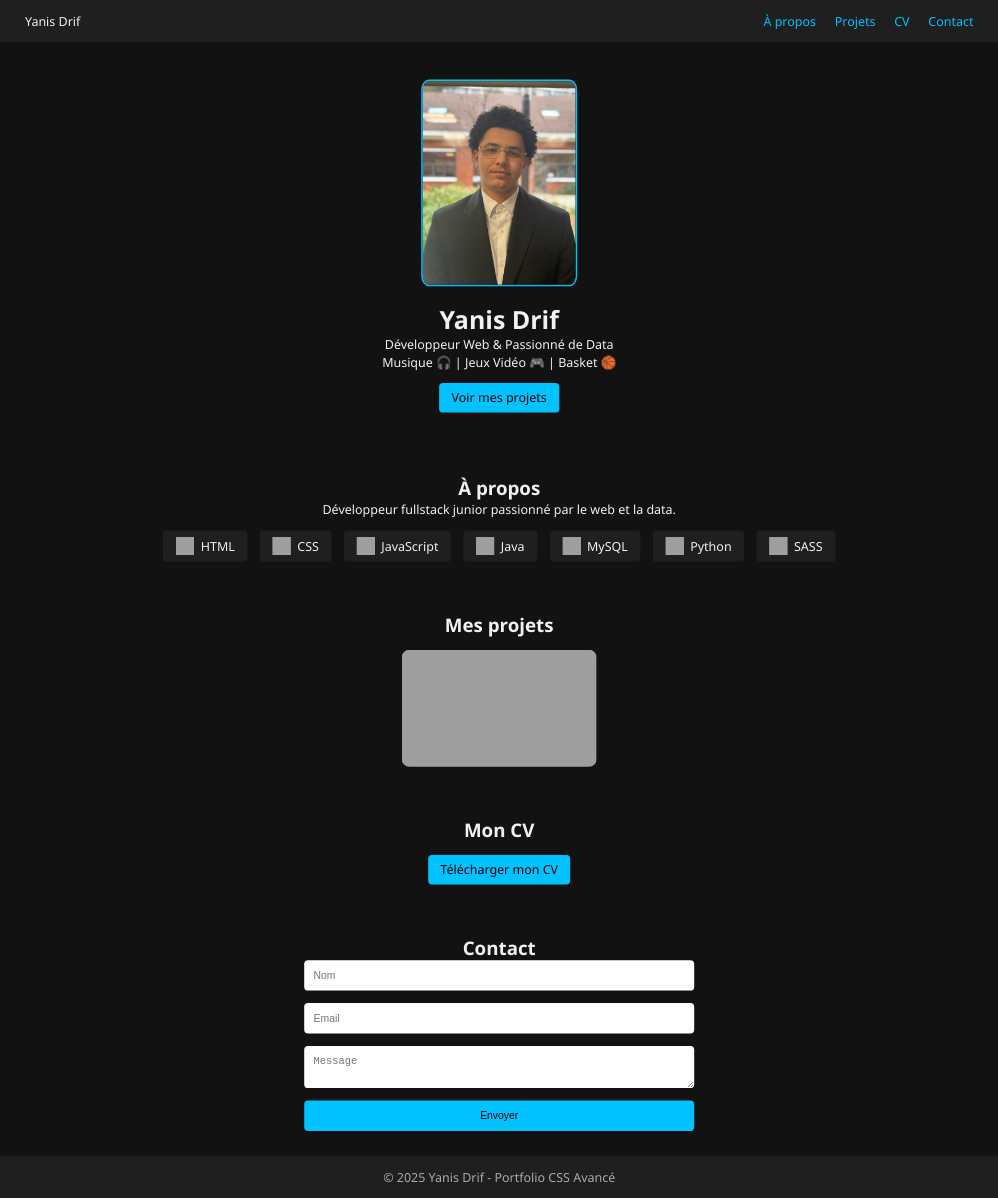
Repository: Yxniiss/ProjetCssAvance
Page: OneDrive/Bureau/Portfolio DrifYanis/home.html
The author's editor kept a copy of each file at every save. The page is drawn from the files as they stood at one save, then again after the next save.
The browser window is 1280 px wide. The pictures show the whole page, at 78% of full size.
Pictures or frames that could not be fetched are drawn as grey boxes.

Above is the page before, as saved 2025-04-10 09:59:31.
Console error: TypeError: Cannot set properties of null (setting 'textContent')

After the next save:
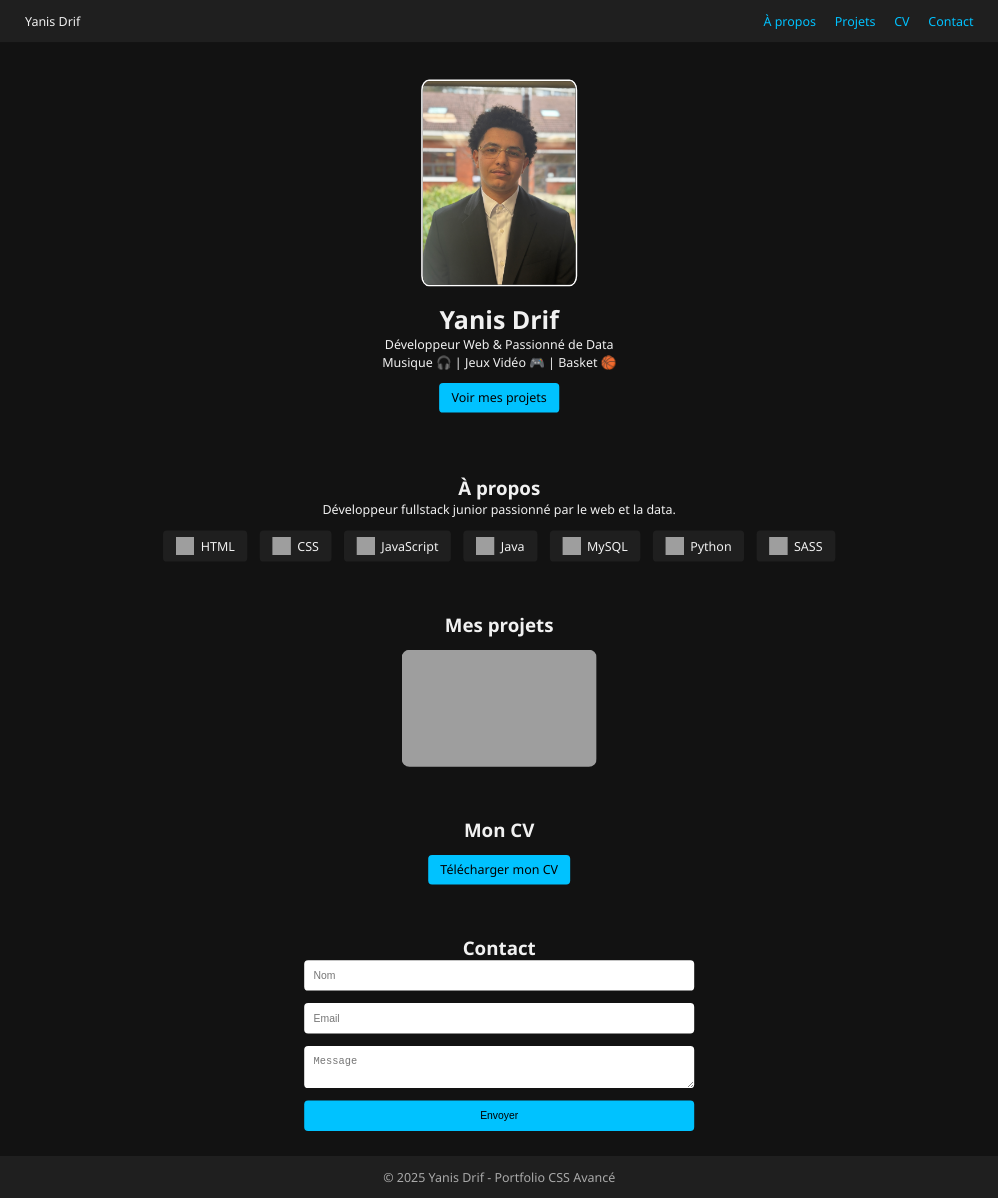
Saved 6 s later.
--- a/OneDrive/Bureau/Portfolio DrifYanis/style.css
+++ b/OneDrive/Bureau/Portfolio DrifYanis/style.css
@@ -36,7 +36,7 @@
   .hero__image {
     border-radius: 5%;
     width: 200px;
-    border: 2px solid #00c2ff;
+    border: 2px solid #ffffff;
     margin-bottom: 1rem;
   }
 
